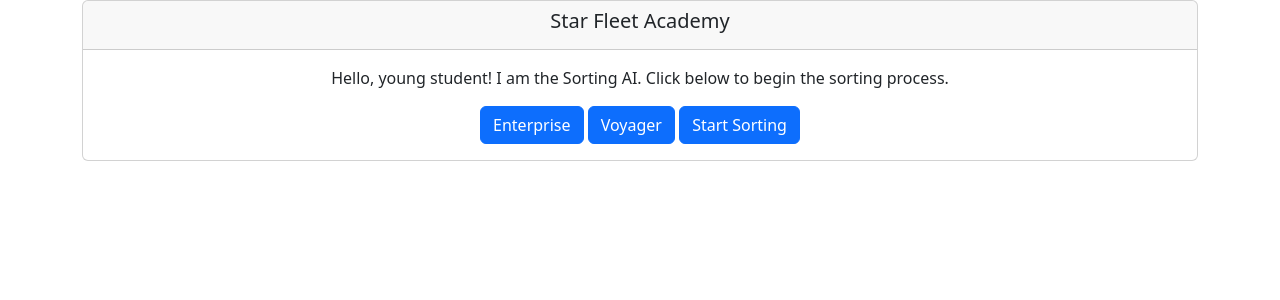
Repository: PaulPatterson48/ASSIGNMENT-StarFleet_academy
Page: index.html
An editor plug-in stored every save of this project. The page is shown before and after the next save, followed by the edit.
The browser window is 1280 px wide. The pictures show the whole page.

Above is the page before, as saved 2023-08-05 02:02:52.

### index.html
<!DOCTYPE html>
<html lang="en">
<head>
  <meta charset="UTF-8">
  <meta name="viewport" content="width=device-width, initial-scale=1.0">
  <title>Document</title>
  <link href="https://cdn.jsdelivr.net/npm/bootstrap@5.3.0/dist/css/bootstrap.min.css" rel="stylesheet" integrity="sha384-9ndCyUaIbzAi2FUVXJi0CjmCapSmO7SnpJef0486qhLnuZ2cdeRhO02iuK6FUUVM" crossorigin="anonymous">
  <link rel="stylesheet" href="main.css">
</head>
<body>
  <div class="container">
    <div id="sortingCadetCard" class="card text-center">
      <div class="card-header">
        <h5>Star Fleet Academy</h5>
      </div>
      <div class="card-body">
        <p>Hello, young student! I am the Sorting AI. Click below to begin the sorting process.</p>
        <button id="enterpriseBtn" type="submit" class="btn btn-primary">Enterprise</button>
        <button id="voyagerBtn" type="submit" class="btn btn-primary">Voyager</button>
        <button id="startSortingBtn" class="btn btn-primary">Start Sorting</button>
      </div>
    </div>

    <div id="sortingForm" class="card text-center d-none">
      <div class="card-header">
        <h5>Student Sorting</h5>
      </div>
      <div class="card-body">
        <form id="studentForm">
          <div class="form-group">
            <label for="studentName">Student Name:</label>
            <input type="text" class="form-control" id="studentName" required>
          </div>

          <button id="sortStudentBtn" type="submit" class="btn btn-primary">Sort</button>
        </form>
      </div>
    </div>

    <div id="sortedStudents" class="mt-4"></div>
    <script src="https://cdn.jsdelivr.net/npm/bootstrap@5.1.3/dist/js/bootstrap.bundle.min.js" integrity="sha384-ka7Sk0Gln4gmtz2MlQnikT1wXgYsOg+OMhuP+IlRH9sENBO0LRn5q+8nbTov4+1p" crossorigin="anonymous"></script>
    <script src="main.js"></script>
  </div>

</body>
</html>

### main.js
const starship = [
  {
    id:1,
    title: "enterprise",
    imageUrl: "./image/EnterpriseA.png",
    shipClass: "Constitution-class",
    message:"Congrats, you're on the Enterprise!",
    cadet: "",
    onboard: true
  },
  {
    id: 2,
    title:"voyager",
    imageUrl: "./image/Voyager.png",
    shipClass: "Intrepid-class",
    message:"Congrats, you're on the Voyager" ,
    cadet: "",
    onboard: true
  },
  {
    id: 3,
    title: "excalibur",
    imageUrl: "./image/USSExcalibur.png",
    shipClass: "Ambassador-class",
    message:"Congrats, you're Excalibur"  ,
    cadet: "",
    onboard: true
  },
  {
    id: 4,
    title: "excelsior",
    imageUrl: "./image/USSExcelsior.png",
    shipClass: "Excelsior-class",
    message:"Congrats, you're on Excelsior!" ,
    cadet: "",
    onboard: true
  },
  {
    id:5,
    title: "birdofprey",
    imageUrl: "./image/KlingonBirdOfPrey.png",
    shipClass: "B'rel-class",
    message:"Today is a good day to die",
    cadet: "",
    onboard: false
  }
];
//Array to store sorted students
const students = [];

//Function to shuffle the ships
// const shuffleShips = (e) => {
//   if(e.target.id.includes()){
//     const[,id] = e.target.id.split('--')
//     const index = starship.findIndex(i => i.id === Number(id))
//     starship[index].onboard = !starship[index].onboard
//     return starship.sort(() => Math.random() * starship.length);
//   }
// }

function shuffleShip() {
  const ships= ['Enterprise', 'Voyager', 'Excalibur', 'Excelsior'];
  return starship.sort(() => Math.random() * starship.length);
}


// Function to sort a student
function sortStudent(e) {
  e.preventDefault();
  const studentName = document.getElementById('studentName').value;
  const ships = shuffleShip();
  const randomShip= ships[0];

  // Add the student to the array of sorted students
  students.push({ name: studentName, ships: randomShip});

  // Clear the form
  document.getElementById('studentForm').reset(); //found reset on https://www.w3schools.com/jsref/met_form_reset.asp

  // Display the sorted student cards
  displaySortedStudents();
}

// Function to display sorted students
function displaySortedStudents() {
  const sortedStudentsDiv = document.getElementById('sortedStudents');
  sortedStudentsDiv.innerHTML = '';

  students.forEach((student, index) => {
    const cardDiv = document.createElement('div');
    cardDiv.classList.add('card', 'text-center', 'mb-3');
    cardDiv.innerHTML = `
      <div class="card-body">
        <h5 class="card-title">${student.name}</h5>
        <p class="card-text">Ship: ${student.ships}</p>
        <button class="btn btn-danger" onclick="expelStudent(${index})">Expel</button>
      </div>
    `;
    sortedStudentsDiv.appendChild(cardDiv);
  });
}
//Add Modal for Ships taken from youtube player
const myBtnModal = () => {
  const domString = `
  <!-- Button trigger modal -->
  <button type="button" class="btn btn-primary" data-bs-toggle="modal" data-bs-target="#exampleModal">
    Launch demo modal
  </button>

  <!-- Modal -->
  <div class="modal fade" id="exampleModal" tabindex="-1" aria-labelledby="exampleModalLabel" aria-hidden="true">
    <div class="modal-dialog">
      <div class="modal-content">
        <div class="modal-header">
          <h1 class="modal-title fs-5" id="exampleModalLabel">Modal title</h1>
          <button type="button" class="btn-close" data-bs-dismiss="modal" aria-label="Close"></button>
        </div>
        <div class="modal-body" id="modal-body">
          <div class="form-floating mb-3">
          <select class="form-select from control-lg" id="title" aria-label="title" required>
          <option value="">Select a title</option>
          <option value=
          </select>


          </div>
        </div>
        <div class="modal-footer">
          <button type="button" class="btn btn-secondary" data-bs-dismiss="modal">Close</button>
          <button type="button" class="btn btn-primary">Save changes</button>
        </div>
      </div>
    </div>
  </div>

  `

}
//Filter Button Row
const filterButtons = () => {
  const domString = `
  <div class="d-flex flex-wrap justify-content-between mb-3">
  <button class="btn btn-secondary btn-lg buttonRow" id="all">all</button>
  <button class="btn btn-secondary btn-lg buttonRow" id="enterprise">Enterprise</button>
  <button class="btn btn-secondary btn-lg buttonRow" id="voyager">Voyager</button>
  <button class="btn btn-secondary btn-lg buttonRow" id="excalibur">Excalibur</button>
  <button class="btn btn-secondary btn-lg buttonRow" id="excelsior">Excelsior</button>
  </div>
  `;
  renderToDom('#filterContainer',domString);
};

// Function to expel a student
function expelStudent(index) {
  students.splice(index, 1);
  displaySortedStudents();
}

// Event listeners
document.getElementById('startSortingBtn').addEventListener('click', function() {
  document.getElementById('sortingCadetCard').classList.add('d-none');
  document.getElementById('sortingForm').classList.remove('d-none');
});

document.getElementById('studentForm').addEventListener('submit', sortStudent);

const startApp = () => {

};
startApp();

Loaded but not shown: main.css (no copy from this time; the picture is the same without it)

After the next save:
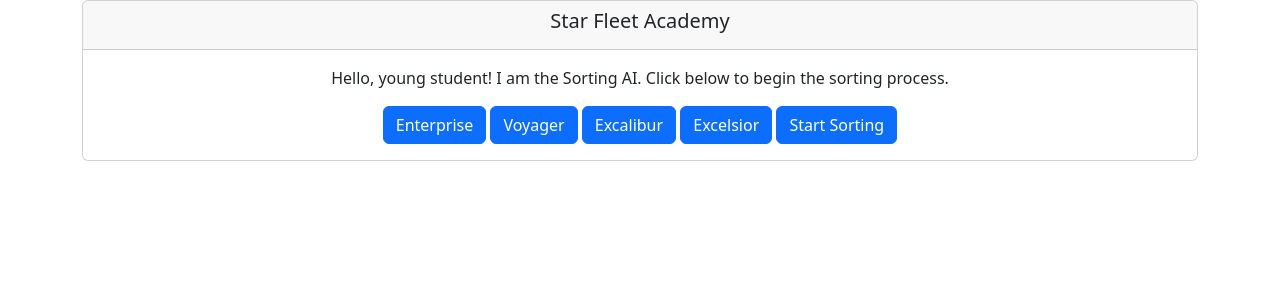
Saved 6 min 16 s later.
--- a/index.html
+++ b/index.html
@@ -17,6 +17,8 @@
         <p>Hello, young student! I am the Sorting AI. Click below to begin the sorting process.</p>
         <button id="enterpriseBtn" type="submit" class="btn btn-primary">Enterprise</button>
         <button id="voyagerBtn" type="submit" class="btn btn-primary">Voyager</button>
+        <button id="excaliburBtn" type="submit" class="btn btn-primary">Excalibur</button>
+        <button id="excelsiorBtn" type="submit" class="btn btn-primary">Excelsior</button>
         <button id="startSortingBtn" class="btn btn-primary">Start Sorting</button>
       </div>
     </div>
